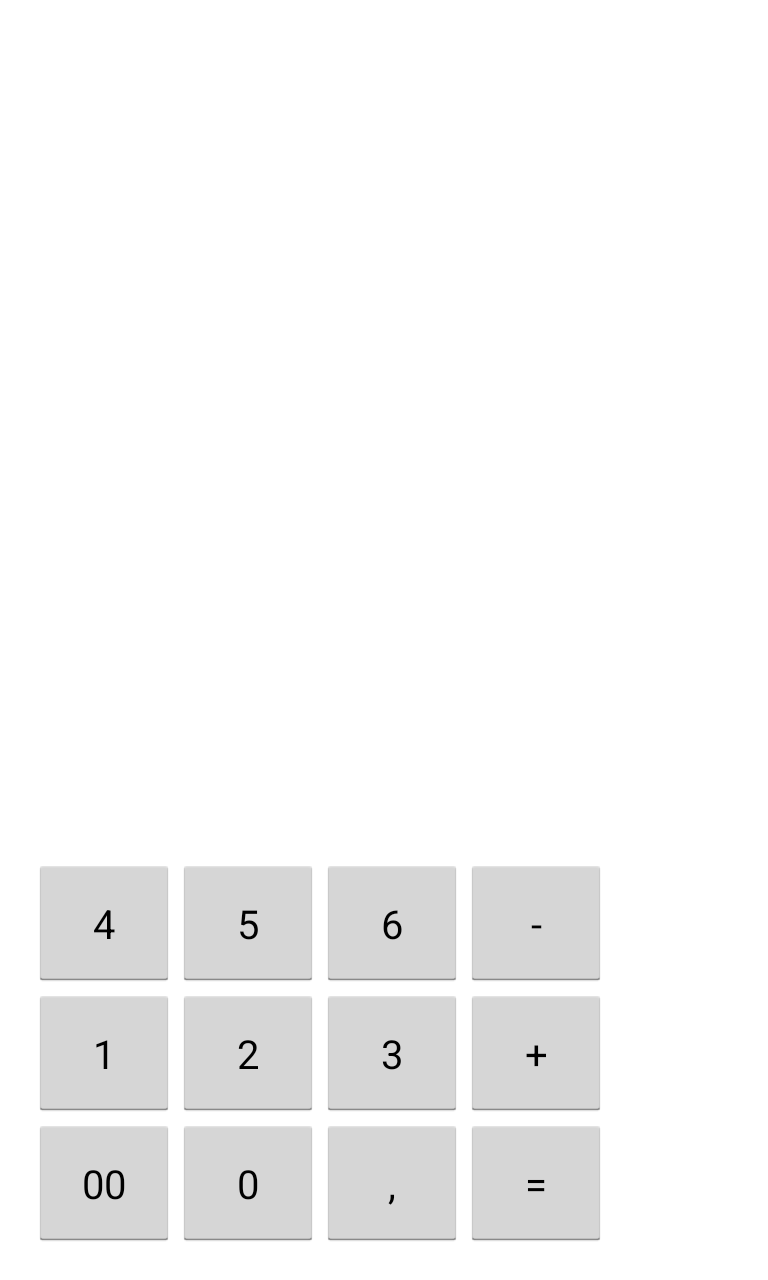
Repository: kisahtegar/mp_java_si6
Layout: MyCalculator/res/layout/activity_main.xml
An editor plug-in stored every save of this project. The layout is shown before and after the next save, followed by the edit.
It is drawn on a 768 x 1280 px phone screen (xhdpi) without system bars, with theme AppTheme; the app's code is not run.

Above is the layout before, as saved 2024-05-14 10:10:36.

### MyCalculator/res/layout/activity_main.xml
<RelativeLayout xmlns:android="http://schemas.android.com/apk/res/android"
    xmlns:tools="http://schemas.android.com/tools"
    android:layout_width="match_parent"
    android:layout_height="match_parent"
    android:paddingBottom="@dimen/activity_vertical_margin"
    android:paddingLeft="@dimen/activity_horizontal_margin"
    android:paddingRight="@dimen/activity_horizontal_margin"
    android:paddingTop="@dimen/activity_vertical_margin"
    tools:context=".MainActivity" >

    <Button
        android:id="@+id/btnDoubleZero"
        style="?android:attr/buttonStyleSmall"
        android:layout_width="72dp"
        android:layout_height="65dp"
        android:layout_alignParentBottom="true"
        android:layout_alignParentLeft="true"
        android:text="00"
        android:textSize="20sp" />

    <Button
        android:id="@+id/btnZero"
        style="?android:attr/buttonStyleSmall"
        android:layout_width="72dp"
        android:layout_height="65dp"
        android:layout_alignParentBottom="true"
        android:layout_toRightOf="@+id/btnDoubleZero"
        android:text="0"
        android:textSize="20sp" />

    <Button
        android:id="@+id/btnComma"
        style="?android:attr/buttonStyleSmall"
        android:layout_width="72dp"
        android:layout_height="65dp"
        android:layout_alignParentBottom="true"
        android:layout_toRightOf="@+id/btnZero"
        android:text=","
        android:textSize="20sp" />

    <Button
        android:id="@+id/btnEqual"
        style="?android:attr/buttonStyleSmall"
        android:layout_width="72dp"
        android:layout_height="65dp"
        android:layout_alignParentBottom="true"
        android:layout_toRightOf="@+id/btnComma"
        android:text="="
        android:textSize="20sp" />

    <Button
        android:id="@+id/btnOne"
        style="?android:attr/buttonStyleSmall"
        android:layout_width="72dp"
        android:layout_height="65dp"
        android:layout_above="@+id/btnDoubleZero"
        android:layout_alignParentLeft="true"
        android:text="1"
        android:textSize="20sp" />

    <Button
        android:id="@+id/btnTwo"
        style="?android:attr/buttonStyleSmall"
        android:layout_width="72dp"
        android:layout_height="65dp"
        android:layout_above="@+id/btnZero"
        android:layout_toRightOf="@+id/btnOne"
        android:text="2"
        android:textSize="20sp" />

    <Button
        android:id="@+id/btnThree"
        style="?android:attr/buttonStyleSmall"
        android:layout_width="72dp"
        android:layout_height="65dp"
        android:layout_above="@+id/btnComma"
        android:layout_toRightOf="@+id/btnTwo"
        android:text="3"
        android:textSize="20sp" />

    <Button
        android:id="@+id/btnPlus"
        style="?android:attr/buttonStyleSmall"
        android:layout_width="72dp"
        android:layout_height="65dp"
        android:layout_above="@+id/btnEqual"
        android:layout_toRightOf="@+id/btnThree"
        android:text="+"
        android:textSize="20sp" />

    <Button
        android:id="@+id/btnFour"
        style="?android:attr/buttonStyleSmall"
        android:layout_width="72dp"
        android:layout_height="65dp"
        android:layout_above="@+id/btnOne"
        android:layout_alignParentLeft="true"
        android:text="4"
        android:textSize="20sp" />

    <Button
        android:id="@+id/btnFive"
        style="?android:attr/buttonStyleSmall"
        android:layout_width="72dp"
        android:layout_height="65dp"
        android:layout_above="@+id/btnTwo"
        android:layout_toRightOf="@+id/btnFour"
        android:text="5"
        android:textSize="20sp" />

    <Button
        android:id="@+id/btnSix"
        style="?android:attr/buttonStyleSmall"
        android:layout_width="72dp"
        android:layout_height="65dp"
        android:layout_above="@+id/btnThree"
        android:layout_toRightOf="@+id/btnFive"
        android:text="6"
        android:textSize="20sp" />

    <Button
        android:id="@+id/btnMinus"
        style="?android:attr/buttonStyleSmall"
        android:layout_width="72dp"
        android:layout_height="65dp"
        android:layout_above="@+id/btnPlus"
        android:layout_toRightOf="@+id/btnSix"
        android:text="-"
        android:textSize="20sp" />

</RelativeLayout>

Loaded but not shown: MyCalculator/res/values/styles.xml (common file); MyCalculator/res/values-v11/styles.xml (common file); MyCalculator/res/values-v14/styles.xml (common file); MyCalculator/res/values/dimens.xml (common file)

After the next save:
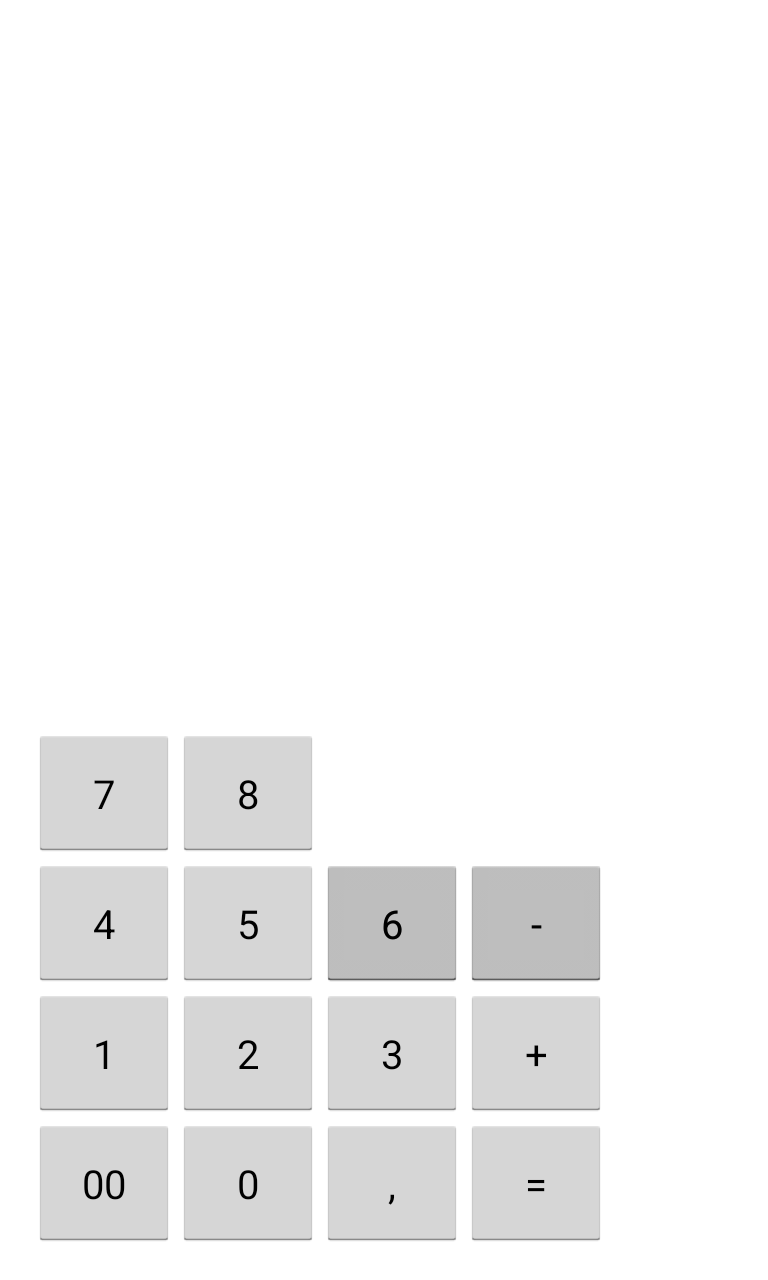
Saved 103 s later.
--- a/MyCalculator/res/layout/activity_main.xml
+++ b/MyCalculator/res/layout/activity_main.xml
@@ -128,4 +128,44 @@
         android:text="-"
         android:textSize="20sp" />
 
+    <Button
+        android:id="@+id/btnSeven"
+        style="?android:attr/buttonStyleSmall"
+        android:layout_width="72dp"
+        android:layout_height="65dp"
+        android:layout_above="@+id/btnFour"
+        android:layout_alignParentLeft="true"
+        android:text="7"
+        android:textSize="20sp" />
+
+    <Button
+        android:id="@+id/btnEight"
+        style="?android:attr/buttonStyleSmall"
+        android:layout_width="72dp"
+        android:layout_height="65dp"
+        android:layout_above="@+id/btnFive"
+        android:layout_toRightOf="@+id/btnSeven"
+        android:text="8"
+        android:textSize="20sp" />
+
+    <Button
+        android:id="@+id/btnSix"
+        style="?android:attr/buttonStyleSmall"
+        android:layout_width="72dp"
+        android:layout_height="65dp"
+        android:layout_above="@+id/btnThree"
+        android:layout_toRightOf="@+id/btnFive"
+        android:text="6"
+        android:textSize="20sp" />
+
+    <Button
+        android:id="@+id/btnMinus"
+        style="?android:attr/buttonStyleSmall"
+        android:layout_width="72dp"
+        android:layout_height="65dp"
+        android:layout_above="@+id/btnPlus"
+        android:layout_toRightOf="@+id/btnSix"
+        android:text="-"
+        android:textSize="20sp" />
+
 </RelativeLayout>
